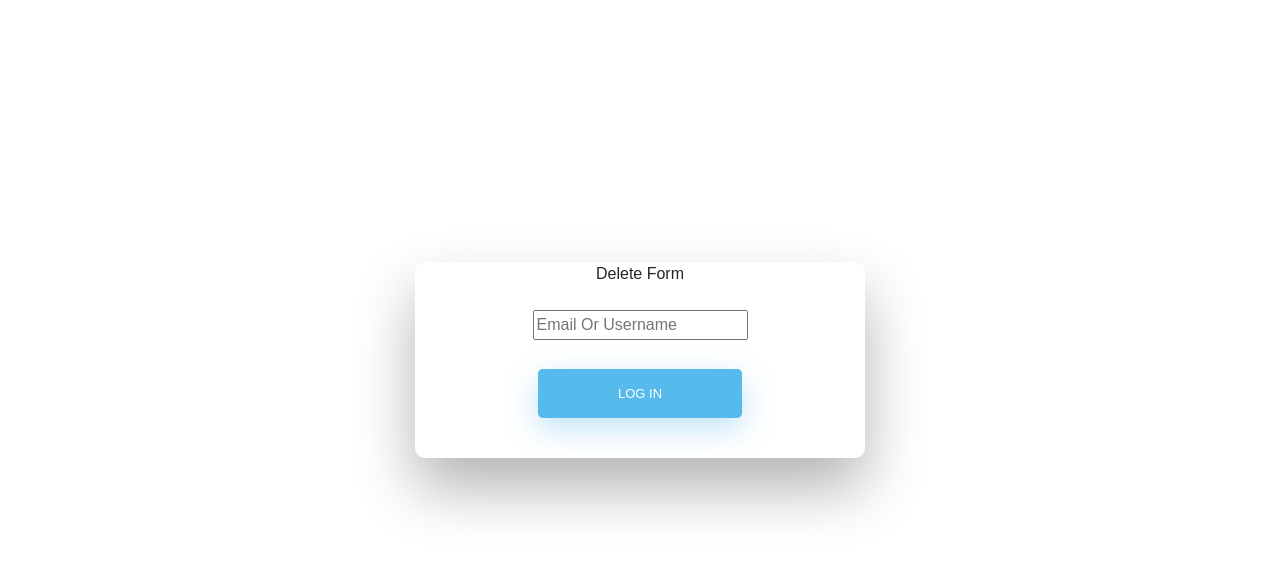
Repository: Rajat-Jain29/Java-Spring-Boot
Page: Registration/Delete User/WebContent/Delete.html
The author's editor kept a copy of each file at every save. The page is drawn from the files as they stood at one save, then again after the next save.
The browser window is 1280 px wide. The pictures show the whole page.
Some web libraries are served in a nearby version.

Above is the page before, as saved 2021-03-21 13:21:25.
Console error: TypeError: Cannot read properties of undefined (reading 'fn')

### Registration/Delete User/WebContent/Delete.html
<!DOCTYPE html>
<html>
<head>
<meta charset="ISO-8859-1">
<title>DELETE FORM</title>
<link href="//maxcdn.bootstrapcdn.com/bootstrap/4.0.0/css/bootstrap.min.css" rel="stylesheet" id="bootstrap-css">
<script src="//maxcdn.bootstrapcdn.com/bootstrap/4.0.0/js/bootstrap.min.js"></script>
<script src="//cdnjs.cloudflare.com/ajax/libs/jquery/3.2.1/jquery.min.js"></script>

<style>

/* BASIC */

html {
  background-color: #56baed;
}

body {
  font-family: "Poppins", sans-serif;
  height: 100vh;
}

a {
  color: #92badd;
  display:inline-block;
  text-decoration: none;
  font-weight: 400;
}

h2 {
  text-align: center;
  font-size: 16px;
  font-weight: 600;
  text-transform: uppercase;
  display:inline-block;
  margin: 40px 8px 10px 8px;
  color: #cccccc;
}



/* STRUCTURE */

.wrapper {
  display: flex;
  align-items: center;
  flex-direction: column;
  justify-content: center;
  width: 100%;
  min-height: 100%;
  padding: 20px;
}

#formContent {
  -webkit-border-radius: 10px 10px 10px 10px;
  border-radius: 10px 10px 10px 10px;
  background: #fff;
  padding: 30px;
  width: 90%;
  max-width: 450px;
  position: relative;
  padding: 0px;
  -webkit-box-shadow: 0 30px 60px 0 rgba(0,0,0,0.3);
  box-shadow: 0 30px 60px 0 rgba(0,0,0,0.3);
  text-align: center;
}

#formFooter {
  background-color: #f6f6f6;
  border-top: 1px solid #dce8f1;
  padding: 25px;
  text-align: center;
  -webkit-border-radius: 0 0 10px 10px;
  border-radius: 0 0 10px 10px;
}



/* TABS */

h2.inactive {
  color: #cccccc;
}

h2.active {
  color: #0d0d0d;
  border-bottom: 2px solid #5fbae9;
}



/* FORM TYPOGRAPHY*/

input[type=button], input[type=submit], input[type=reset]  {
  background-color: #56baed;
  border: none;
  color: white;
  padding: 15px 80px;
  text-align: center;
  text-decoration: none;
  display: inline-block;
  text-transform: uppercase;
  font-size: 13px;
  -webkit-box-shadow: 0 10px 30px 0 rgba(95,186,233,0.4);
  box-shadow: 0 10px 30px 0 rgba(95,186,233,0.4);
  -webkit-border-radius: 5px 5px 5px 5px;
  border-radius: 5px 5px 5px 5px;
  margin: 5px 20px 40px 20px;
  -webkit-transition: all 0.3s ease-in-out;
  -moz-transition: all 0.3s ease-in-out;
  -ms-transition: all 0.3s ease-in-out;
  -o-transition: all 0.3s ease-in-out;
  transition: all 0.3s ease-in-out;
}

input[type=button]:hover, input[type=submit]:hover, input[type=reset]:hover  {
  background-color: #39ace7;
}

input[type=button]:active, input[type=submit]:active, input[type=reset]:active  {
  -moz-transform: scale(0.95);
  -webkit-transform: scale(0.95);
  -o-transform: scale(0.95);
  -ms-transform: scale(0.95);
  transform: scale(0.95);
}

input[type=text] {
  background-color: #f6f6f6;
  border: none;
  color: #0d0d0d;
  padding: 15px 32px;
  text-align: center;
  text-decoration: none;
  display: inline-block;
  font-size: 16px;
  margin: 5px;
  width: 85%;
  border: 2px solid #f6f6f6;
  -webkit-transition: all 0.5s ease-in-out;
  -moz-transition: all 0.5s ease-in-out;
  -ms-transition: all 0.5s ease-in-out;
  -o-transition: all 0.5s ease-in-out;
  transition: all 0.5s ease-in-out;
  -webkit-border-radius: 5px 5px 5px 5px;
  border-radius: 5px 5px 5px 5px;
}

input[type=text]:focus {
  background-color: #fff;
  border-bottom: 2px solid #5fbae9;
}

input[type=text]:placeholder {
  color: #cccccc;
}



/* ANIMATIONS */

/* Simple CSS3 Fade-in-down Animation */
.fadeInDown {
  -webkit-animation-name: fadeInDown;
  animation-name: fadeInDown;
  -webkit-animation-duration: 1s;
  animation-duration: 1s;
  -webkit-animation-fill-mode: both;
  animation-fill-mode: both;
}

@-webkit-keyframes fadeInDown {
  0% {
    opacity: 0;
    -webkit-transform: translate3d(0, -100%, 0);
    transform: translate3d(0, -100%, 0);
  }
  100% {
    opacity: 1;
    -webkit-transform: none;
    transform: none;
  }
}

@keyframes fadeInDown {
  0% {
    opacity: 0;
    -webkit-transform: translate3d(0, -100%, 0);
    transform: translate3d(0, -100%, 0);
  }
  100% {
    opacity: 1;
    -webkit-transform: none;
    transform: none;
  }
}

/* Simple CSS3 Fade-in Animation */
@-webkit-keyframes fadeIn { from { opacity:0; } to { opacity:1; } }
@-moz-keyframes fadeIn { from { opacity:0; } to { opacity:1; } }
@keyframes fadeIn { from { opacity:0; } to { opacity:1; } }

.fadeIn {
  opacity:0;
  -webkit-animation:fadeIn ease-in 1;
  -moz-animation:fadeIn ease-in 1;
  animation:fadeIn ease-in 1;

  -webkit-animation-fill-mode:forwards;
  -moz-animation-fill-mode:forwards;
  animation-fill-mode:forwards;

  -webkit-animation-duration:1s;
  -moz-animation-duration:1s;
  animation-duration:1s;
}

.fadeIn.first {
  -webkit-animation-delay: 0.4s;
  -moz-animation-delay: 0.4s;
  animation-delay: 0.4s;
}

.fadeIn.second {
  -webkit-animation-delay: 0.6s;
  -moz-animation-delay: 0.6s;
  animation-delay: 0.6s;
}

.fadeIn.third {
  -webkit-animation-delay: 0.8s;
  -moz-animation-delay: 0.8s;
  animation-delay: 0.8s;
}

.fadeIn.fourth {
  -webkit-animation-delay: 1s;
  -moz-animation-delay: 1s;
  animation-delay: 1s;
}

/* Simple CSS3 Fade-in Animation */
.underlineHover:after {
  display: block;
  left: 0;
  bottom: -10px;
  width: 0;
  height: 2px;
  background-color: #56baed;
  content: "";
  transition: width 0.2s;
}

.underlineHover:hover {
  color: #0d0d0d;
}

.underlineHover:hover:after{
  width: 100%;
}



/* OTHERS */

*:focus {
    outline: none;
}

#icon {
  width:60%;
}

</style>

</head>

<body>
<div class="wrapper fadeInDown">
  <div id="formContent">
    <!-- Tabs Titles -->

    <!-- Icon -->
    <div>
    Delete Form

    </div>
   <br>
    <!-- Login Form -->
    <form action="Login" method="post">
      <input type="email" id="email" class="fadeIn second" name="email" placeholder="Email Or Username">
      <br><br>
      <input type="submit" class="fadeIn fourth" value="Log In">
    </form>
    <!-- Remind Passowrd -->


  </div>
</div>
</body>
</html>

After the next save:
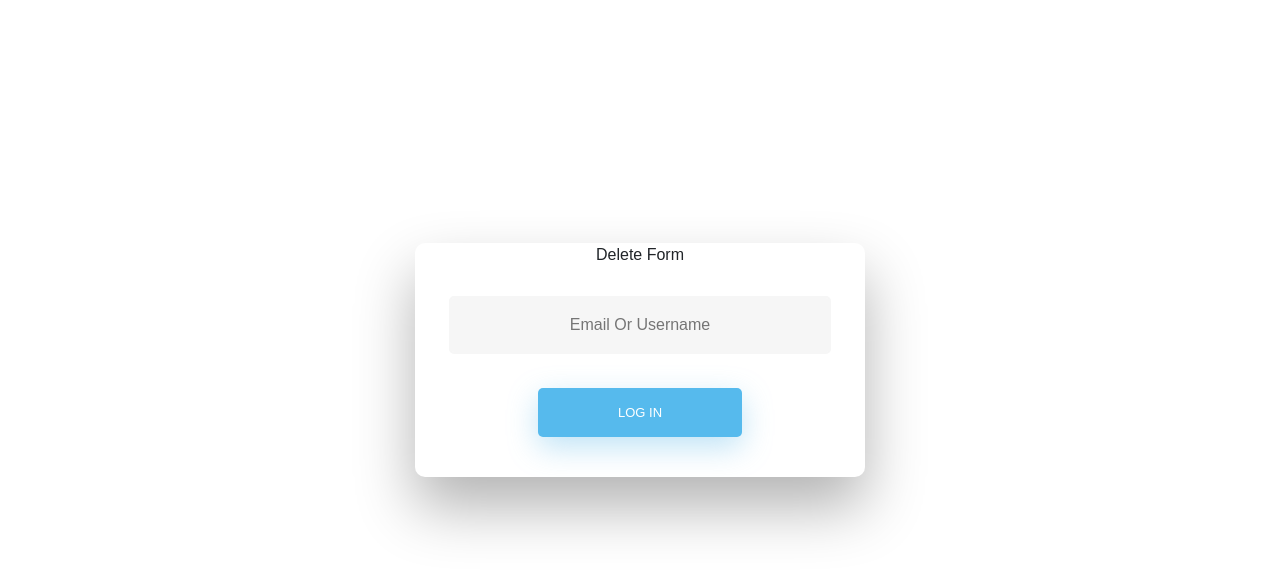
Saved 65 s later.
--- a/Registration/Delete User/WebContent/Delete.html
+++ b/Registration/Delete User/WebContent/Delete.html
@@ -288,7 +288,7 @@ input[type=text]:placeholder {
    <br>
     <!-- Login Form -->
     <form action="Login" method="post">
-      <input type="email" id="email" class="fadeIn second" name="email" placeholder="Email Or Username">
+      <input type="text" id="email" class="fadeIn second" name="email" placeholder="Email Or Username">
       <br><br>
       <input type="submit" class="fadeIn fourth" value="Log In">
     </form>
